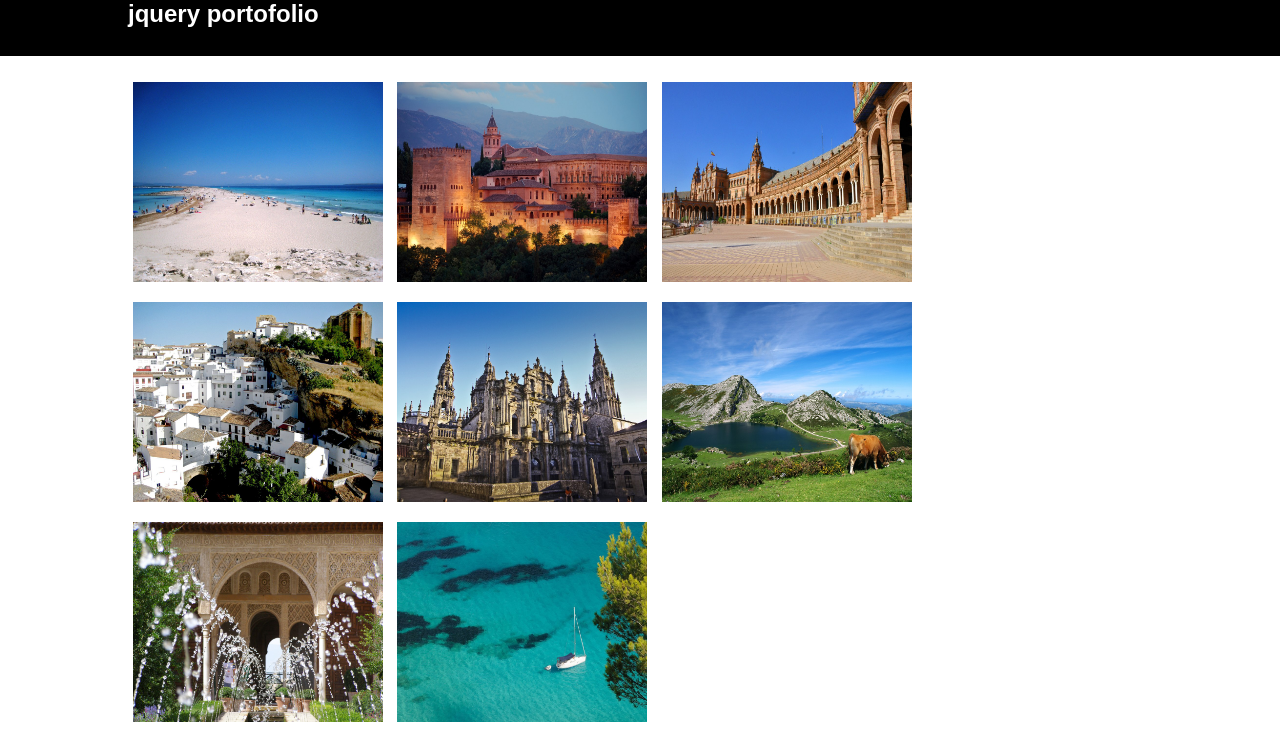
Repository: cpatrut/spring
Page: http://localhost/sparta/
These files come from the project's save history. The page is drawn as it stood at one moment and after the next save; the edit follows.
The browser window is 1280 px wide. The pictures show the whole page.
The page is served by Tomcat 9. Other server files are loaded and not shown.

Above is the page before, as saved 2015-06-13 23:27:53.

### sparta/WebContent/home.jsp
<%@ page language="java" contentType="text/html; charset=UTF-8"
    pageEncoding="UTF-8"%>
<!DOCTYPE html PUBLIC "-//W3C//DTD HTML 4.01 Transitional//EN" "http://www.w3.org/TR/html4/loose.dtd">
<html>
<head>
<title>This is porto</title>
<script type="text/javascript" src="js/jquery-1.9.1.min.js">

</script>
<link rel="stylesheet" type="text/css" href="css/style.css"/>
<script type="text/javascript" src="js/script.js">
</script>
<meta http-equiv="Content-Type" content="text/html; charset=UTF-8">

</head>
<body>

	<div id="header">
		<div id="menu">
			<h2>jquery portofolio</h2>
		</div>
	</div>
	<div id="overlay">
	</div>
	<div id="frame">
		<table>
		<tr>
			<td  id="left">
				<img src="images/left.png" alt="left"/>

		</td>
			<td id="right">
				<img src="images/right.png" alt="right"/>
			</td>
		</tr></table>
		<img id="main" src="" alt=""/>
		<div id="description">
			<p></p>
		</div>
	</div>
	<div id="wrapper">
		<ul id="portofolio">
		<li><img id="1" src="images/1.jpg" alt="img">	</li>
		<li><img id="2"  src="images/2.jpg" alt="">	</li>
		<li><img id="3"  src="images/3.jpg" alt="">	</li>
		<li><img id="4"  src="images/4.jpg" alt="">	</li>
		<li><img id="5"  src="images/5.jpg" alt="">	</li>
		<li><img id="6"  src="images/6.jpg" alt="">	</li>
		<li><img id="7"  src="images/7.jpg" alt="">	</li>
		<li><img id="8"  src="images/8.jpg" alt="">	</li>
		</ul>
	</div>
</body>
</html>

### sparta/WebContent/css/style.css
body{
margin:0;
padding:0;
font-family: arial,sans-serif;
}
#menu {
color:white;
	width:1024px;


	margin:0px auto;
}
h2{
margin:0px;
text-align:left;
}
	#header{
	width:100%;
	height:56px;
	background-color: black;
	}
	#wrapper{
	width:1024px;
	min-height: 500px;
	margin:0px auto;
	}
	#portofolio{
	list-style-type: none;
	padding-left: 0px;
	}
	#portofolio li{
		display:inline-block;
		margin:10px 5px 10px 5px;
	}
	#portofolio li img{
		width:250px;
		height:200px;
		cursor:pointer;
	}
	#overlay{
		width:100%;
		height:100%;
		position:fixed;
		background-color:black;
		opacity: 0.7;
		display:none;
			top:0px;
	}
	#frame{
	position:fixed;
	display:none;
	background-color:none;
	width:540px;
	height:386px;
	left:50%;
	margin-left:-350px;
	background-color:white;
	padding-top:20px;
	margin-left:-350px;;
	margin-top:15px;

	}
	#description p{
		text-align:center;
	}
	#description{
	background-color:white;
	padding-bottom:10px;
	}
	#frame table{
	position:absolute;
	width:503px;
	margin-left:20px;
	}
	#right{
	float:right;
	}
	#right img{
	float:right;
	}
	#right,#left{
	left: -0px;
    position: relative;
    top: 102px;
    cursor:pointer;
    }
	#left{
	left:-3px;}
	#overlay{
	cursor:pointer;
	}
	#left img{
	opacity:0.5;

	}
	#right img{
	opacity:0.5;
	}
	#frame #main{
	cursor:pointer;
	}
	#frame #main{
	width:500px;
	margin-left:20px;
	height: 331px;
	}

### sparta/WebContent/js/script.js
$(function () {
	var current_li;

	function setImg(src,id){
		$("#frame #main").attr("src",src);
		var path="text/"+id+".txt";
		$.get(path,function(data){
			console.log(data);
			$("#description p").html(data);
		});
	}
	$("#portofolio img").click(function(){
		var src=$(this).attr("src");
		current_li=$(this).parent();
		var id=$(this).attr("id");
		setImg(src,id);

		$("#frame").fadeIn(500);
		$("#overlay").fadeIn(500);
	});
	$("#overlay").click(function () {
		$(this).fadeOut(500);
		$("#frame").fadeOut(500);

	});
	$("#right").click(function () {
		if(current_li.is(":last-child")){
			var next_li=$("#portofolio li").first();
		}
		else{
		var next_li = current_li.next();
		}

		var next_src = next_li.children("img").attr("src");

		var id=next_li.children("img").attr("id");
		setImg( next_src,id);
		$("#main").attr("src",next_src);
		current_li = next_li;
	});
	$("#left").click(function () {
		if(current_li.is(":first-child")){
			var 	prev_li=$("#portofolio li").last();

		}
		else{
			var prev_li=current_li.prev();
		}

		var prev_src=prev_li.children("img").attr("src");
		var id=prev_li.children("img").attr("id");
		setImg(prev_src,id);
		current_li=prev_li;
	});
	$("#right img ,#left img").mouseover(function(){
		$(this).css("opacity","0.75");
	});
		$("#right img ,#left img").mouseleave(function(){
		$(this).css("opacity","0.5");
	});

});

Loaded but not shown: sparta/WebContent/js/jquery-1.9.1.min.js (library)

After the next save:
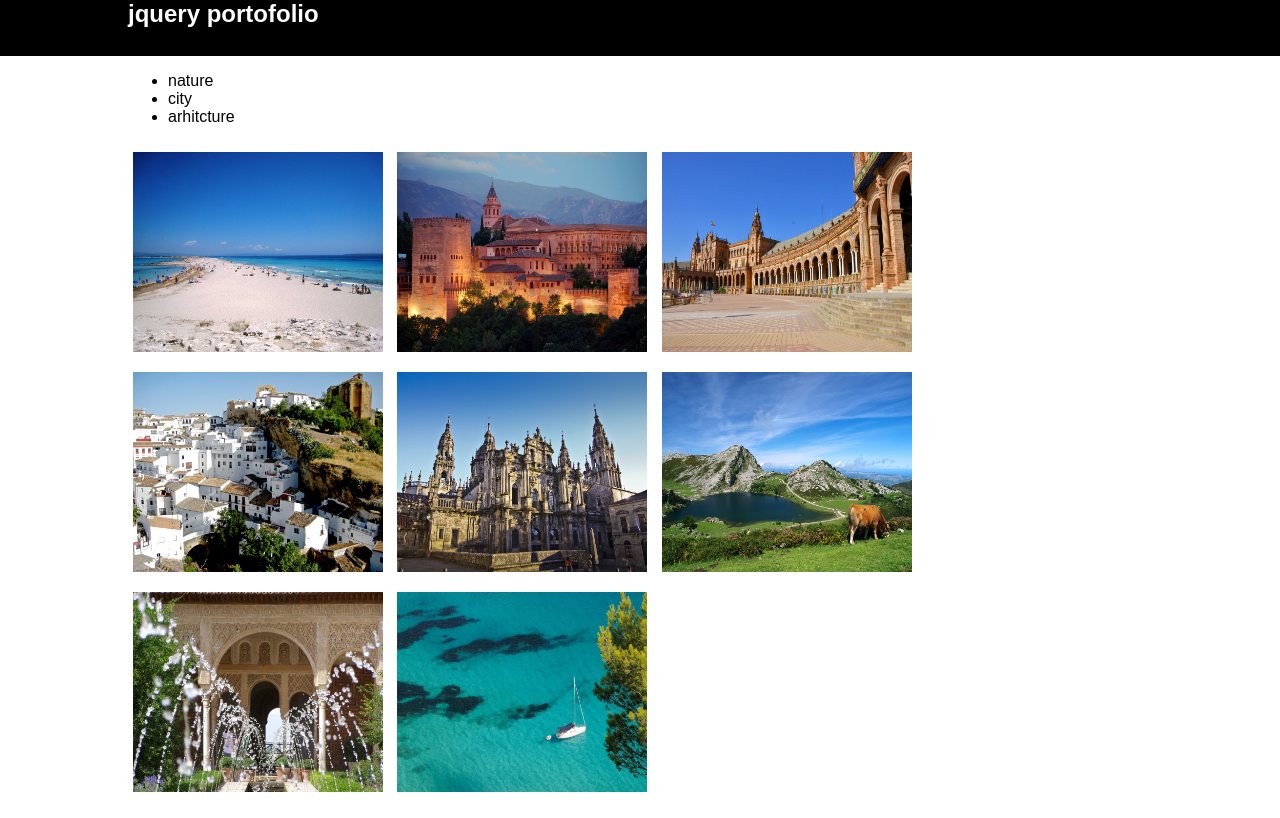
Saved 2 min 0 s later.
--- a/sparta/WebContent/home.jsp
+++ b/sparta/WebContent/home.jsp
@@ -39,6 +39,12 @@
 		</div>
 	</div>
 	<div id="wrapper">
+		<ul>
+			<li>nature</li>
+			<li>city</li>
+			<li>arhitcture</li>
+		</ul>
+
 		<ul id="portofolio">
 		<li><img id="1" src="images/1.jpg" alt="img">	</li>
 		<li><img id="2"  src="images/2.jpg" alt="">	</li>
